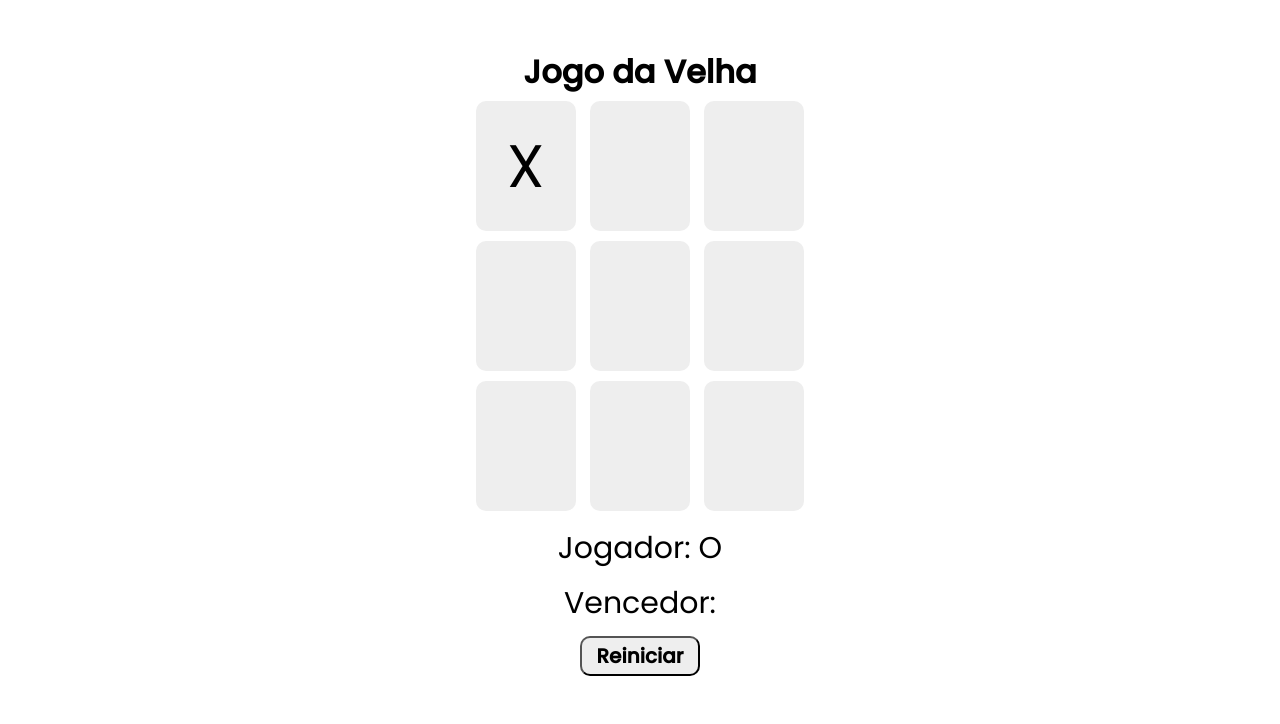
Repository: guilhermecardoso93/jogodavelha
Page: index.html
These files come from the project's save history. The page is drawn as it stood at one moment and after the next save; the edit follows.
The browser window is 1280 px wide. The pictures show the whole page.
After loading, the first visible `#\31` was clicked once.

Above is the page before, as saved 2023-05-31 22:05:54.

After the next save:
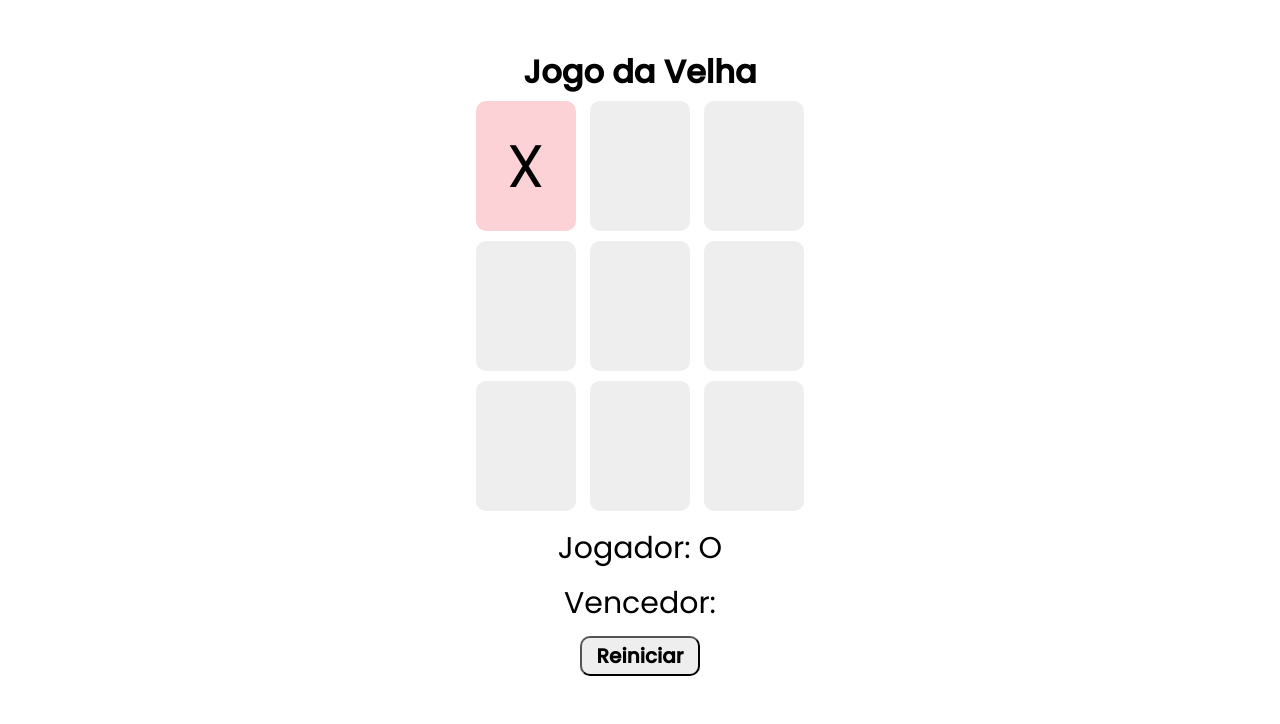
Saved 42 s later.
--- a/script.js
+++ b/script.js
@@ -12,6 +12,7 @@ function chooseSquad(id) {
 
   if(player === 'X') {
     player = 'O'
+    squad.style.backgroundColor = '#e233'
   } else {
     player = 'X'
   }
